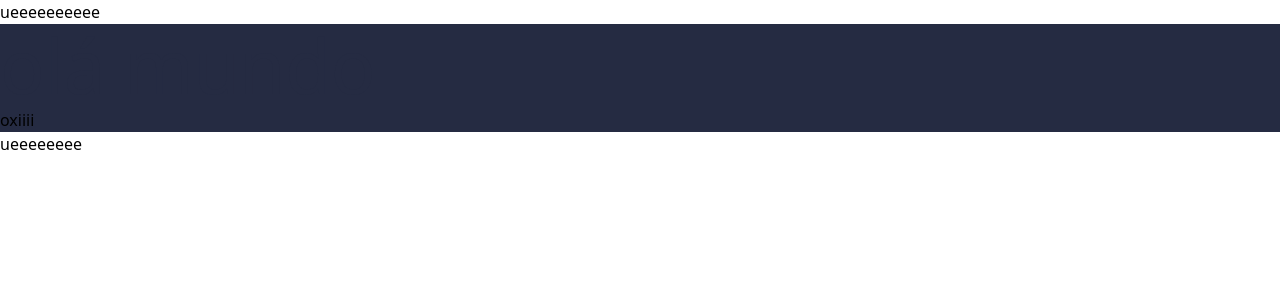
Repository: SK3010z/figmaland-tailwind
Page: /
An editor plug-in stored every save of this project. The page is shown before and after the next save, followed by the edit.
The browser window is 1280 px wide. The pictures show the whole page.
The project was rebuilt for these pictures with package versions that can differ from the ones it lists, and the page was loaded fresh each time. Also part of the build but not shown: vite.config.js, src/mediaQueries.jsx.

Above is the page before, as saved 2024-08-19 12:47:57.

After the next save:
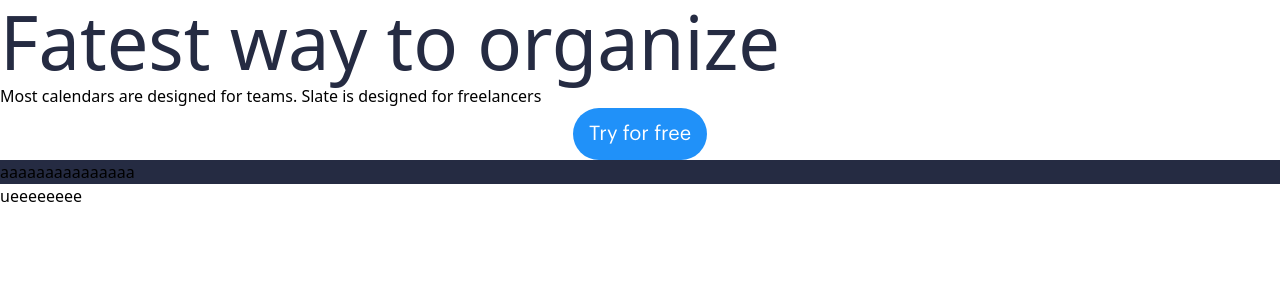
Saved 5 min 18 s later.
--- a/src/App.jsx
+++ b/src/App.jsx
@@ -3,15 +3,10 @@
 import { Heading } from "./components/Heading"
 function App() {
   return (
-    <>
-      ueeeeeeeeee
-      <div className="bg-darkBackground">
-
-        <Heading> olá mundo</Heading>
-        <p>oxiiii</p>
-      </div>
-    </>
-
+    <div className="bg-darkBackground">
+      <CalendarFeature></CalendarFeature>
+      aaaaaaaaaaaaaaa
+    </div>
   )
 }
 
